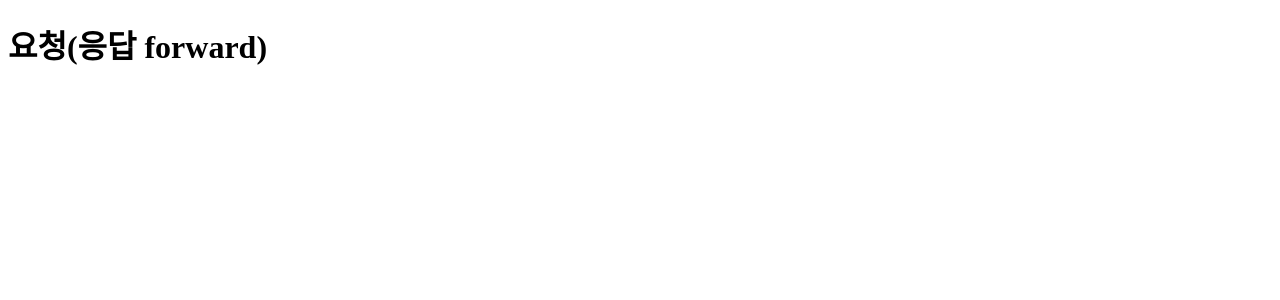
Repository: SeYoung1012/Bitcamp
Page: http://localhost/02_JSP/ex11_req.jsp
These files come from the project's save history. The page is drawn as it stood at one moment and after the next save; the edit follows.
The browser window is 1280 px wide. The pictures show the whole page.
The page is served by Tomcat 9.

Above is the page before, as saved 2021-09-27 07:21:24.

After the next save:
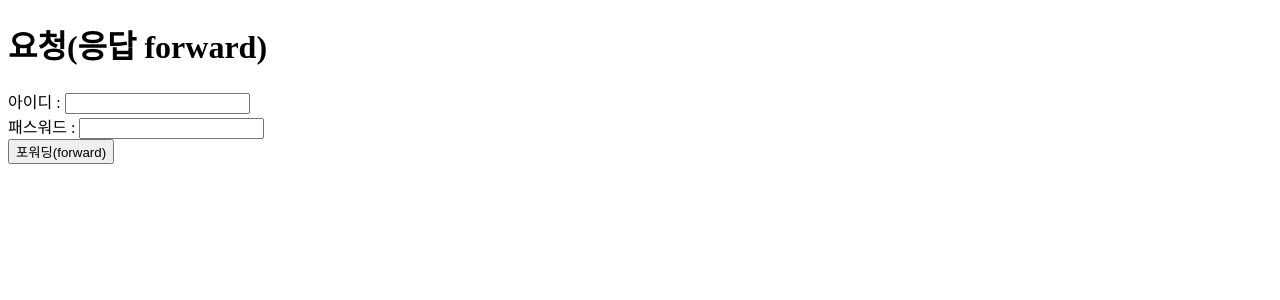
Saved 113 s later.
--- a/60_web/02_JSP/WebContent/ex11_req.jsp
+++ b/60_web/02_JSP/WebContent/ex11_req.jsp
@@ -8,5 +8,11 @@
 </head>
 <body>
 	<h1> 요청(응답 forward)</h1>
+	<form>
+		아이디 : <input type= "text" name = "id"><br>
+		패스워드 : <input type = "text" name = "pwd"><br>
+		<input type = "button" value = "포워딩(forward)" onclick= "send_forward(this.form)"
+	</form>
+
 </body>
 </html>
